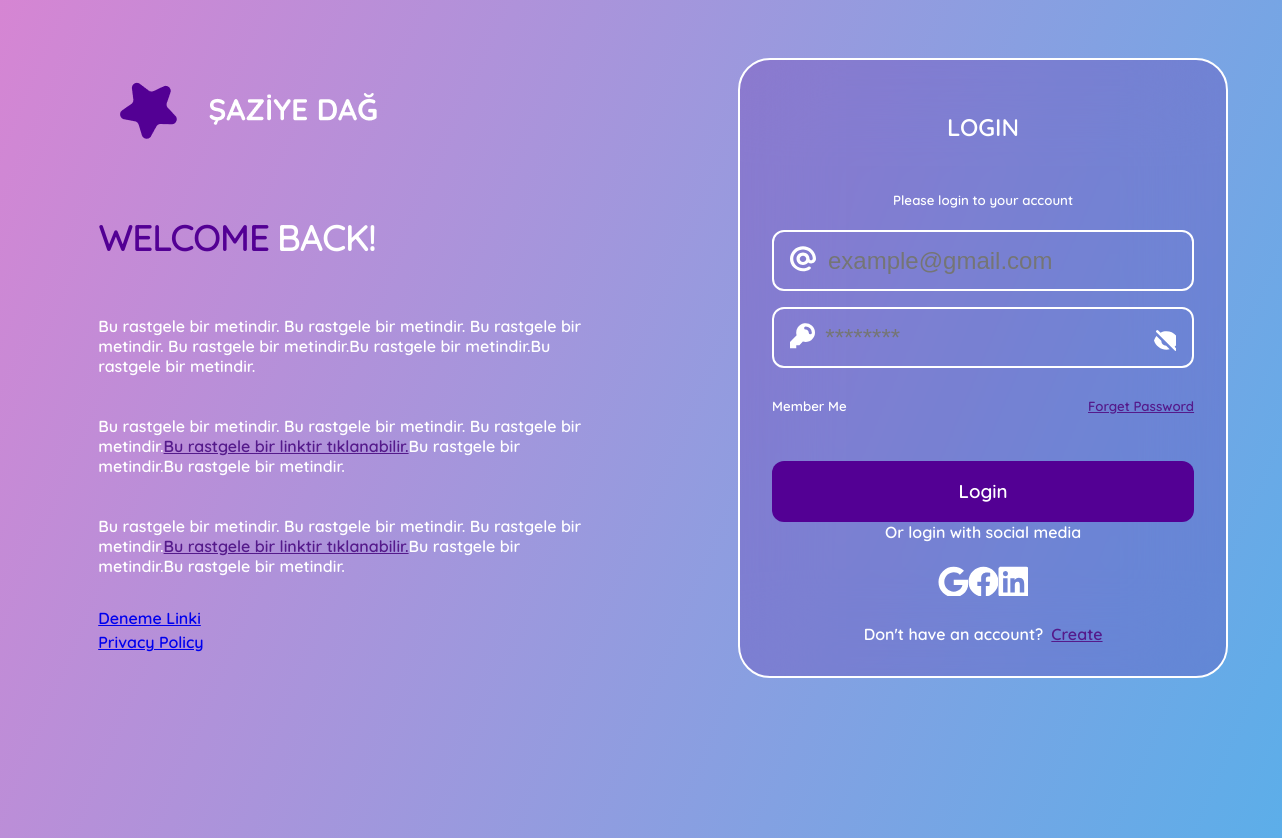
Repository: szydag/login
Page: /
These files come from the project's save history. The page is drawn as it stood at one moment and after the next save; the edit follows.
The browser window is 1280 px wide. The page is 1282 px wide, so the pictures cover 1282 px, including what lies to the right of the window. The pictures show the whole page.
The project was rebuilt for these pictures with package versions that can differ from the ones it lists, and the page was loaded fresh each time. Also part of the build but not shown: src/assets/svgr/unhiddenIcon/index.js.

Above is the page before, as saved 2023-11-02 01:01:39.

After the next save:
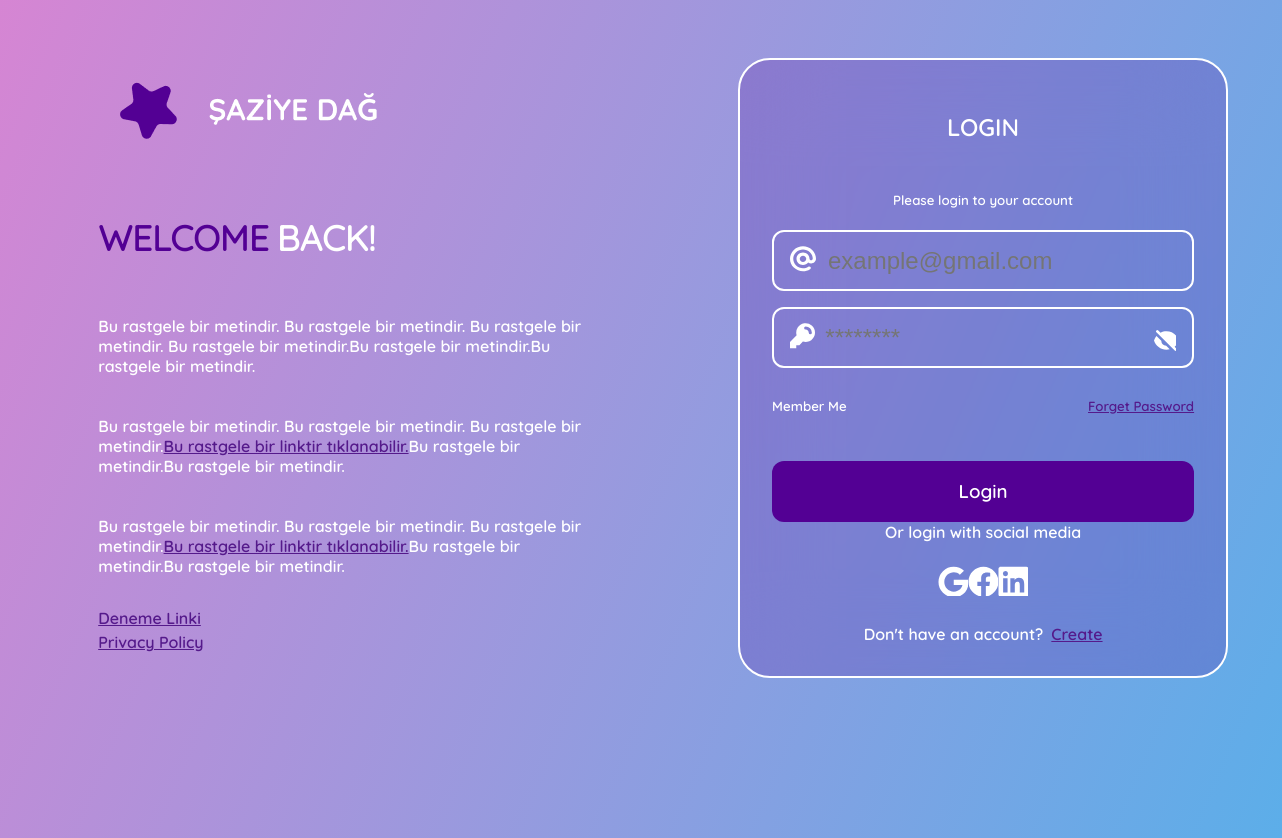
Saved 25 s later.
--- a/src/app/pages/login/index.js
+++ b/src/app/pages/login/index.js
@@ -77,15 +77,14 @@ const LoginPage = () => {
                     >
                         <a
                             className={classes.link}
-                            href="
-
-                    ">
+                            href=""
+                        >
                             Deneme Linki
                         </a>
                         <a
-                            href="
-
-                    ">
+                            className={classes.link}
+                            href=""
+                        >
                             Privacy Policy
                         </a>
                     </div>
